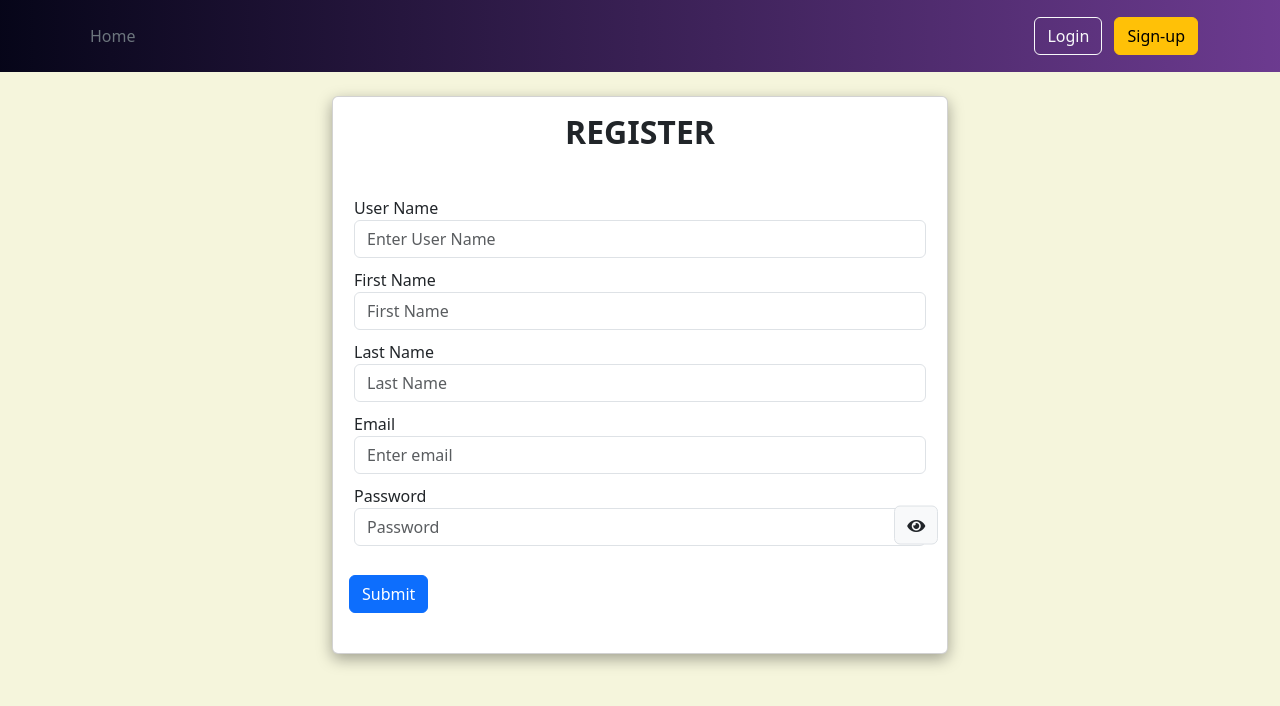
Repository: professorsourabh/php_membership
Page: http://localhost/MVC-Assignment/
These files come from the project's save history. The page is drawn as it stood at one moment and after the next save; the edit follows.
The browser window is 1280 px wide. The pictures show the whole page.
Some web libraries are served in a nearby version. The page is run by PHP 8.4 with error messages shown; the project is at /var/www/html/.

Above is the page before, as saved 2023-07-09 15:38:19.

### index.php
<?php
session_start();
?>

<html lang="en">
<head>
    <meta charset="UTF-8">
    <meta name="viewport" content="width=device-width, initial-scale=1.0">
    <title>Assesment-Register</title>
    <link href="https://cdn.jsdelivr.net/npm/bootstrap@5.3.0/dist/css/bootstrap.min.css" rel="stylesheet" integrity="sha384-9ndCyUaIbzAi2FUVXJi0CjmCapSmO7SnpJef0486qhLnuZ2cdeRhO02iuK6FUUVM" crossorigin="anonymous">
    <link rel="stylesheet" href="https://cdnjs.cloudflare.com/ajax/libs/font-awesome/5.13.0/css/all.min.css">
    <link rel="stylesheet" href="index.css"></link>
</head>
<body>
    <header class="p-3 bg-dark text-white">
        <div class="container">
          <div class="d-flex flex-wrap align-items-center justify-content-center justify-content-lg-start">


            <ul class="nav col-12 col-lg-auto me-lg-auto mb-2 justify-content-center mb-md-0">
              <li><a href="#" class="nav-link px-2 text-secondary " >Home</a></li>

            </ul>

              <div class="text-end">
              <a type="button" class="btn btn-outline-light me-2" href="login.php">Login</a>
              <a type="button" class="btn btn-warning" href="index.php">Sign-up</a>
            </div>
          </div>
        </div>
      </header>
      <div class="container my-4 col-lg-6">
        <div class="card my-4" style="box-shadow: rgba(0, 0, 0, 0.35) 0px 5px 15px;">
            <div class="card-heading text-center my-3 mx-2">
                <h2 class="text-uppercase fw-bold">Register</h2>
            </div>
            <div class="card-body">
            <?php if (!empty($_SESSION['error_msg'])) { ?>
            <div class="error">
                <div class="alert alert-danger alert-dismissible fade show" role="alert">
                    <?php echo $_SESSION['error_msg']; ?>
                    <button type="button" class="btn-close" data-bs-dismiss="alert" aria-label="Close"></button>
                </div>
            </div>
            <?php
            unset($_SESSION['error_msg']);
        } ?>
         <?php if (!empty($_SESSION['success_msg'])) { ?>
            <div class="error">
                <div class="alert alert-success alert-dismissible fade show" role="alert">
                    <?php echo $_SESSION['success_msg']; ?>
                    <button type="button" class="btn-close" data-bs-dismiss="alert" aria-label="Close"></button>
                </div>
            </div>
            <?php
            unset($_SESSION['success_msg']);
        } ?>

        <form method="post" action="./controller/registerController.php">
            <div class="form-group">
                <label for="exampleInputusername">User Name</label>
                <input type="text" class="form-control" name="username" id="username" placeholder="Enter User Name">
              </div>

              <div class="form-group">
                <label for="exampleInputfirst_name">First Name</label>
                <input type="text" class="form-control" name="firstname" id="first_name" placeholder="First Name">
              </div>
              <div class="form-group">
                <label for="exampleInputlast_name">Last Name</label>
                <input type="text" name="lastname" class="form-control" id="last_name" placeholder="Last Name">
              </div>

            <div class="form-group">
              <label for="exampleInputEmail">Email</label>
              <input type="email" class="form-control" name="email" id="email"  placeholder="Enter email">

            </div>


              <div class="form-group">
                <label for="exampleInputPassword">Password</label>
                <input type="password" class="form-control" name="password" id="exampleInputPassword" placeholder="Password">
                <span class="input-group-text eye-icon" onclick="togglePasswordVisibility('password')">
                            <i class="fas fa-eye"></i>
                        </span>
              </div>


            <button type="submit" class="btn btn-primary my-4">Submit</button>
          </form>

            </div>
        </div>

    </div>







    <script src="https://cdn.jsdelivr.net/npm/bootstrap@5.3.0/dist/js/bootstrap.bundle.min.js" integrity="sha384-geWF76RCwLtnZ8qwWowPQNguL3RmwHVBC9FhGdlKrxdiJJigb/j/68SIy3Te4Bkz" crossorigin="anonymous"></script>
    <script src="./public/project.js">

       </script>
  </body>
</html>

### index.css
*{
    padding: 0;
    margin: 0;
}

body{

    background-color: beige;
}
header{
    background: rgb(5,4,24);
    background: linear-gradient(90deg, rgba(5,4,24,0.9557072829131653) 0%, rgba(134,66,179,0.7400210084033614) 100%);
}
.registration-part{

    padding: 50px;

}
.text-cente{
    text-align: center;
}
div.form-group{
    padding: 5px;
}

span.eye-icon {


    position: absolute;
    height: 39px;
    top: 77%;
    left: 95%;
    transform: translate(-50%, -50%);
}

### public/project.js
function togglePasswordVisibility(inputId) {
    var input = document.getElementById(inputId);
    if (input.type === "password") {
        input.type = "text";
    } else {
        input.type = "password";
    }
}

After the next save:
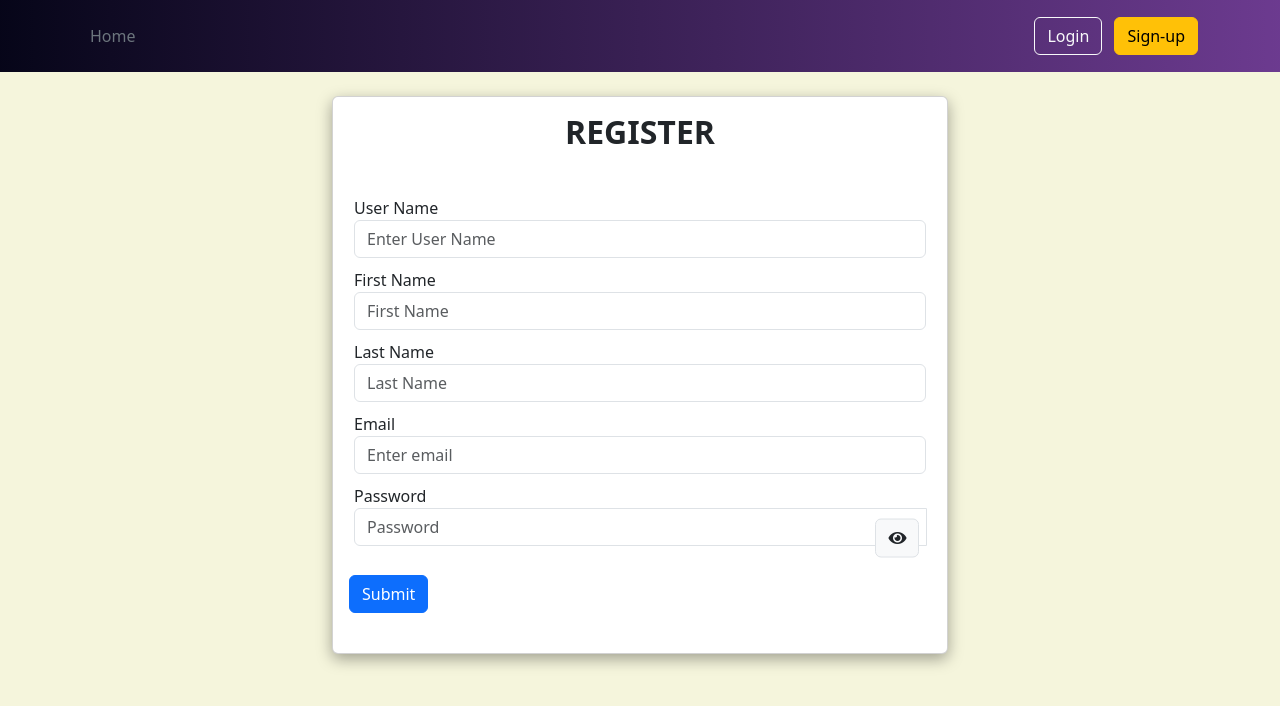
Saved 107 s later.
--- a/index.php
+++ b/index.php
@@ -78,13 +78,17 @@ session_start();
             </div>
 
 
-              <div class="form-group">
-                <label for="exampleInputPassword">Password</label>
-                <input type="password" class="form-control" name="password" id="exampleInputPassword" placeholder="Password">
-                <span class="input-group-text eye-icon" onclick="togglePasswordVisibility('password')">
-                            <i class="fas fa-eye"></i>
-                        </span>
-              </div>
+            <div class="form-group">
+    <label for="exampleInputPassword">Password</label>
+    <div class="input-group">
+        <input type="password" class="form-control" name="password" id="exampleInputPassword" placeholder="Password">
+        <div class="input-group-append">
+            <span class="input-group-text eye-icon" onclick="togglePasswordVisibility('password')">
+                <i class="fas fa-eye"></i>
+            </span>
+        </div>
+    </div>
+</div>
 
 
             <button type="submit" class="btn btn-primary my-4">Submit</button>
